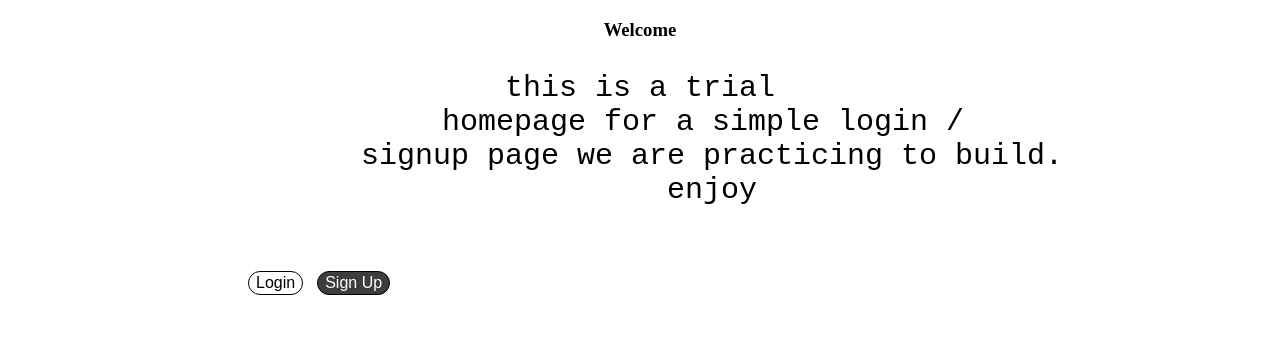
Repository: yhung004/TUTORIAL_PAGE
Page: home.html
The author's editor kept a copy of each file at every save. The page is drawn from the files as they stood at one save, then again after the next save.
The browser window is 1280 px wide. The pictures show the whole page.

Above is the page before, as saved 2024-04-10 00:08:33.

### home.html
<!DOCTYPE html>
<html lang="en">
<head>
    <meta charset="UTF-8">
    <meta name="viewport" content="width=device-width, initial-scale=1.0">
    <title>Document</title>
    <link rel="stylesheet" href="main.css">
</head>
<body>
    <h3 class="welcome">Welcome</h3>
    <pre class="welcome_text">this is a trial
        homepage for a simple login /
        signup page we are practicing to build.
        enjoy
    </pre>
    <button class="button_a">
        Login
    </button>
    <button class="button_b">
        Sign Up
    </button>
</body>
</html>

### main.css
.welcome{
    text-align: center;
}
.welcome_text {
    text-align:center;
    font-family: 'Courier New', Courier, monospace;
    font-size: 30px;
}
.button_a {
    position: relative;
    margin: 0 -200px 0 240px;
    border: 1px solid black;
    background-color:white;
    border-radius: 20px;
    font-size: medium;
    padding: 2px 7px 2px 7px;
}
.button_b {
    position: relative;
    margin: 0 -250px 0 210px;
    border : 1px solid black;
    border-radius: 20px;
    background-color: rgb(63, 60, 60);
    color:white;
    font-size: medium;
    padding: 2px 7px 2px 7px;
}

After the next save:
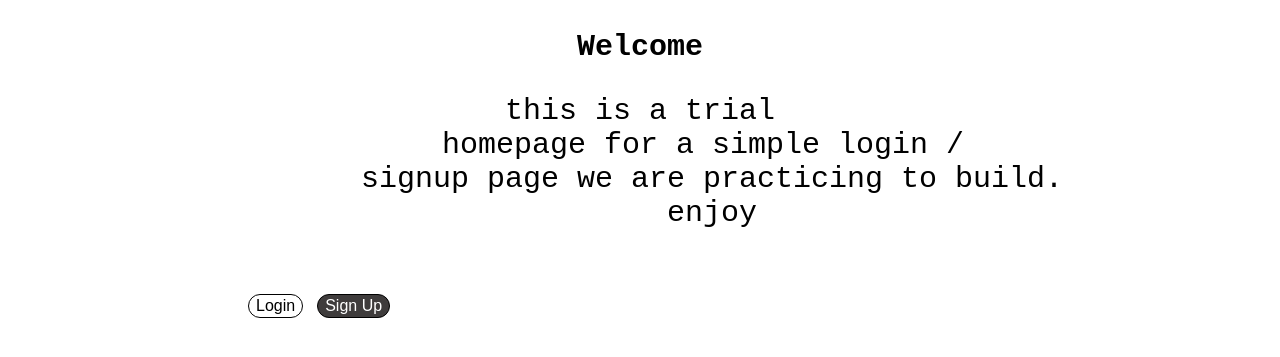
Saved 34 s later.
--- a/main.css
+++ b/main.css
@@ -1,5 +1,7 @@
 .welcome{
     text-align: center;
+    font-family: 'Courier New', Courier, monospace;
+    font-size: 30px;
 }
 .welcome_text {
     text-align:center;
